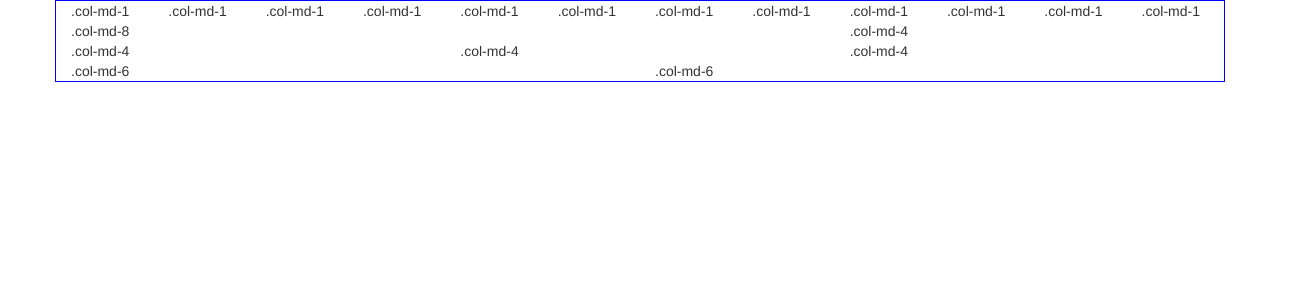
Repository: unixut3/JAVASTS
Page: bootstrap/WebContent/index.html
The author's editor kept a copy of each file at every save. The page is drawn from the files as they stood at one save, then again after the next save.
The browser window is 1280 px wide. The page is 1280 px wide, then 1295 px, so the pictures cover 1295 px, including what lies to the right of the window. The pictures show the whole page.

Above is the page before, as saved 2019-10-22 01:59:36.

### bootstrap/WebContent/index.html
<!DOCTYPE html>
<html>
<head>
<meta charset="UTF-8">
<title>Insert title here</title>
<link rel="stylesheet" href="css/bootstrap.css">
<script type="text/javascript" src="js/jquery-1.11.3.js"></script>
<script type="text/javascript" src="js/bootstrap.js"></script>

</head>
<body>
	<div class="container" style="border: 1px solid blue">
		<div class="row">
			<div class="col-md-1">.col-md-1</div>
			<div class="col-md-1">.col-md-1</div>
			<div class="col-md-1">.col-md-1</div>
			<div class="col-md-1">.col-md-1</div>
			<div class="col-md-1">.col-md-1</div>
			<div class="col-md-1">.col-md-1</div>
			<div class="col-md-1">.col-md-1</div>
			<div class="col-md-1">.col-md-1</div>
			<div class="col-md-1">.col-md-1</div>
			<div class="col-md-1">.col-md-1</div>
			<div class="col-md-1">.col-md-1</div>
			<div class="col-md-1">.col-md-1</div>
		</div>
		<div class="row">
			<div class="col-md-8">.col-md-8</div>
			<div class="col-md-4">.col-md-4</div>
		</div>
		<div class="row">
			<div class="col-md-4">.col-md-4</div>
			<div class="col-md-4">.col-md-4</div>
			<div class="col-md-4">.col-md-4</div>
		</div>
		<div class="row">
			<div class="col-md-6">.col-md-6</div>
			<div class="col-md-6">.col-md-6</div>
		</div>
	</div>
</body>
</html>

Loaded but not shown: bootstrap/WebContent/css/bootstrap.css (library); bootstrap/WebContent/js/jquery-1.11.3.js (library); bootstrap/WebContent/js/bootstrap.js (library)

After the next save:
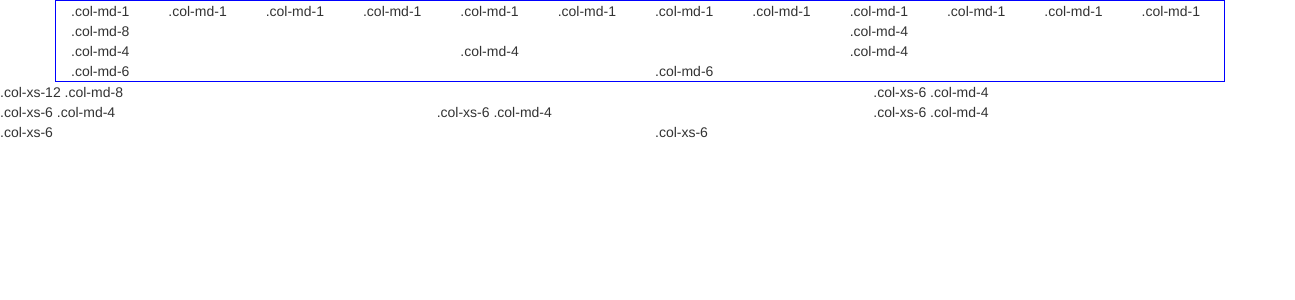
Saved 60 s later.
--- a/bootstrap/WebContent/index.html
+++ b/bootstrap/WebContent/index.html
@@ -38,5 +38,24 @@
 			<div class="col-md-6">.col-md-6</div>
 		</div>
 	</div>
+
+	<!-- 모바일에서 컬럼들이 하나는 꽉찬너비로, 다른 하나는 절반너비로 쌓이게 합니다 -->
+<div class="row">
+  <div class="col-xs-12 col-md-8">.col-xs-12 .col-md-8</div>
+  <div class="col-xs-6 col-md-4">.col-xs-6 .col-md-4</div>
+</div>
+
+<!-- 컬럼들은 모바일에서 50% 너비로 시작하고 데스크탑에서는 33.3% 너비가 됩니다 -->
+<div class="row">
+  <div class="col-xs-6 col-md-4">.col-xs-6 .col-md-4</div>
+  <div class="col-xs-6 col-md-4">.col-xs-6 .col-md-4</div>
+  <div class="col-xs-6 col-md-4">.col-xs-6 .col-md-4</div>
+</div>
+
+<!-- 컬럼들은 모바일과 데스크탑에서 항상 50% 너비가 됩니다 -->
+<div class="row">
+  <div class="col-xs-6">.col-xs-6</div>
+  <div class="col-xs-6">.col-xs-6</div>
+</div>
 </body>
 </html>
